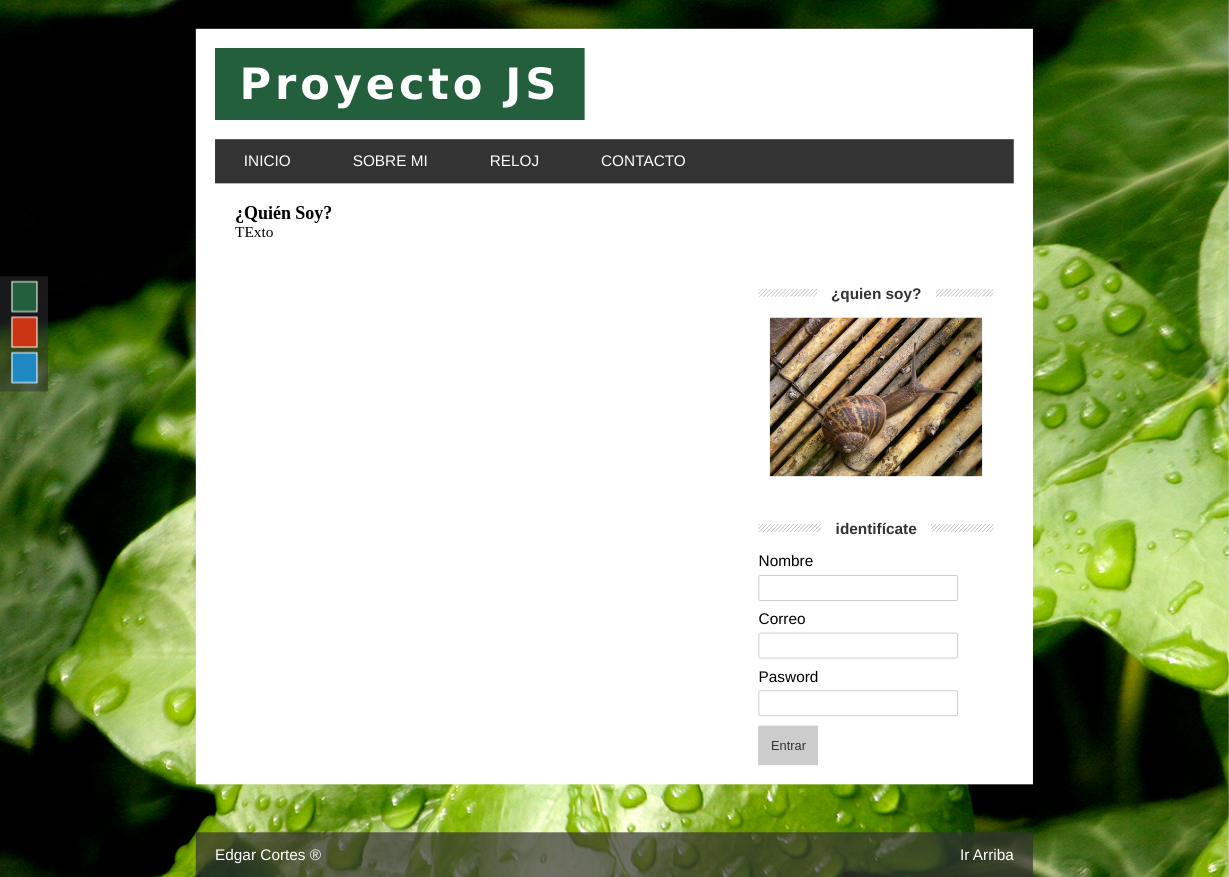
Repository: eucortes/demopage
Page: javascript/Proyecto/About.html
These files come from the project's save history. The page is drawn as it stood at one moment and after the next save; the edit follows.
The browser window is 1280 px wide. The pictures show the whole page, at 96% of full size.
Backgrounds fixed to the window are drawn as part of the page. Some web libraries are served in a nearby version.

Above is the page before, as saved 2019-09-24 18:00:48.

### javascript/Proyecto/About.html
<!DOCTYPE html>
<html lang="es">

<head>
    <meta charset="UTF-8">
    <meta name="viewport" content="width=device-width, initial-scale=1.0">
    <meta http-equiv="X-UA-Compatible" content="ie=edge">
    <!--
    <meta charset="ISO-8859-1">
         <meta http-equiv="Content-Type" content="text/html;charset=UTF-8" />
        <meta http-equiv="Content-Language" content="es" />
  -->
    <title>Proyecto con Javascript</title>
    <!--Estilos CSS-->
    <link rel="stylesheet" href="css/styles.css">
    <link id="theme" rel="stylesheet" href="css/green.css">
    <!--JQuery-->
    <script src="https://ajax.googleapis.com/ajax/libs/jquery/3.1.1/jquery.min.js"></script>

    <!--JQuery UI-->
    <link rel="stylesheet" href="js/jquery-ui/jquery-ui.min.css" />
    <link rel="stylesheet" href="js/jquery-ui/jquery-ui.structure.min.css" />
    <link rel="stylesheet" href="js/jquery-ui/jquery-ui.theme.min.css" />

    <script type="text/javascript" src="js/jquery-ui/jquery-ui.min.js"></script>




    <!--Mis Scripts-->
    <script type="text/javascript" src="js/about.js"></script>
</head>

<body>
    <div id='theme-selector'>
        <div id='to-green'></div>
        <div id='to-red'></div>
        <div id='to-blue'></div>
    </div>
    <section id='global'>
        <header>
            <div id='logo'>
                <h1>Proyecto JS</h1>
            </div>
            <div class='clearfix'></div>
            <nav id='menu'>
                <ul>
                    <li><a href="index.html">Inicio</a></li>
                    <li><a href="about.html">Sobre Mi</a></li>
                    <li><a href="#">Reloj</a></li>
                    <li><a href="#">Contacto</a></li>
                </ul>
            </nav>
        </header>
        <!--
    slider
-->

        <section id='content'>
            <div id='box'>
                <!--Cargar acordeon-->
                <div id='acordeon'>
                    <h3>¿Quién Soy?</h3>
                    <div>
                        <p>
                            TExto
                        </p>
                    </div>
                    <h3></h3>
                    <h3></h3>

                </div>
            </div>
            <aside id='sidebar'>
                <div id='about'>
                    <h4><span>¿quien soy?</span></h4>
                    <img src="img/caracol.jpg" />
                    <p>Aliquam sem et tortor consequat id porta nibh venenatis. Neque volutpat ac tincidunt vitae
                        semper
                    </p>
                </div>
                <div id='login'>
                    <h4><span>identifícate</span></h4>
                    <form action="">
                        <label for='name'>Nombre</label>
                        <input type="text" name="name" id='form_name'>
                        <label for='email'>Correo</label>
                        <input type="text" name="email" id='form_email'>
                        <label for='password'>Pasword</label>
                        <input type="password" name="password" id='form_password'>
                        <input type="submit" value="Entrar" id='boton_entrar'>
                    </form>
                </div>
            </aside>
            <div class='clearfix'></div>
        </section>
    </section>
    <footer>
        Edgar Cortes ®
        <a href="#" class="subir">Ir Arriba</a>
    </footer>
</body>

</html>

### javascript/Proyecto/css/styles.css
* {
    margin: 0px;
    padding: 0px;
    list-style: none;
}

body {
    background: url('../img/hojas.jpg');
    background-attachment: fixed;
}

#global {
    width: 65%;
    margin: 0px auto;
    margin-top: 30px;
    padding: 20px;
    background: white;
    box-shadow: 0px, 0px, 2px, gray
}

#logo {
    font-family: "Verdana", "Arial";
    font-size: 30px;
    letter-spacing: 4px;
    line-height: 75px;
    background: #235e3d;
    color: white;
    text-align: center;
    width: 385px;
    height: 90;
    float: left;
    margin-bottom: 20px;
}

.clearfix {
    float: none;
    clear: both;
}

#menu {
    font-family: Helvetica, Arial, sans-serif;
    background: #333;
    text-transform: uppercase;
    margin-bottom: 20px;
}

#menu ul {
    line-height: 46px;
    list-style: none;
}

#menu ul li {
    height: 46px;
    display: inline-block;
    transition: all 300ms;
}

#menu ul li:hover {
    background: #235e3d;

}

#menu a {
    display: block;
    color: white;
    text-decoration: none;
    padding-left: 30px;
    padding-right: 30px;
}

#content {
    width: 95%;
    margin: 0px auto;
}

#posts {
    width: 60%;
    float: left;
    font-family: Helvetica, Arial, sans-serif
}

.post {
    padding: 7px;
}

.post h2 {
    font-size: 30;
    color: #333;

}

.post .fecha {
    display: block;
    color: gray;
    margin-top: 5px;
}

.post p {
    margin-top: 10px;
    margin-bottom: 20px;
    line-height: 22px;
    text-align: justify;
}

.button-more {
    font-size: 14px;
    text-align: center;
    display: block;
    padding: 15px;
    background: #235e3d;
    color: white;
    text-decoration: none;
    margin-top: 10px;
    width: 75px;
    margin-bottom: 20px;

}

#sidebar {
    font-family: Helvetica, Arial, sans-serif;
    width: 31%;
    float: right;

}

#sidebar h4 {
    margin-top: 50px;
    margin-bottom: 20px;
    text-align: center;
    line-height: 10px;
    color: #333;
    background: url("../img/lines.png") repeat-x;
}

#sidebar h4 span {
    background: white;
    padding: 15px;
}

#sidebar img {
    width: 90%;
    display: block;
    margin-left: auto;
    margin-right: auto;
}

#sidebar p {
    font-size: 15px;
    text-align: justify;
}
form input[type='text'],
form input[type='password'],
form input[type='email']{
    padding: 5px;
    border-radius: 2px;
    border: 1px solid #ccc;
    width: 80%;
    margin-bottom: 10px;
    margin-top: 5px;
}
form input[type='submit']{
    background: #ccc;
    padding: 10px;
    border: solid #ccc;
    color: #333;
    cursor: pointer;
}
footer{
    font-family: Helvetica, Arial, sans-serif;
    color: white;
    height: 47px;
    background: rgba(51,51,51,0.70);
    margin: 0px auto;
    width: 65%;
    padding-left: 20px;
    padding-right: 20px;
    margin-top: 50px;
    line-height: 47px;
}
.bx-wrapper, .bx-viewport{
    height: 250px !important;

}
#theme-selector{
    position: fixed;
    top:40%;
    background: rgba(51,51,51,0.5);
    width:50px;
    height: 120px;
}
#to-green,
#to-red,
#to-blue{
    width: 25px;
    height: 30px;
    border: 1px solid white;
    display: block;
   margin: 0px auto;
   margin-top: 5px;
   margin-bottom: 5px;
   cursor: pointer;
}
#to-green{
    background: #235e3d;
}
#to-red{
    background: #ca3413;
}#to-blue{
    background: #1f87c4;
}
.subir{
    color: white;
    text-decoration: none;
    display: block;
    float: right;

}

### javascript/Proyecto/css/green.css
body {
    background: url('../img/hojas.jpg');
    background-attachment: fixed;
}

#logo {
    background: #235e3d;
}
#menu ul li:hover {
    background: #235e3d;
}

.button-more {
    background: #235e3d;
}

### javascript/Proyecto/js/about.js
$(document).ready(function () {

    //selector de tema
    let theme = $("#theme")

    $("#to-green").click(function () {
        theme.attr("href", "css/green.css")
    })
    $("#to-blue").click(function () {
        theme.attr("href", "css/blue.css")
    })
    $("#to-red").click(function () {
        theme.attr("href", "css/red.css")
    })

    //scroll arriba
    $(".subir").click(function (e) {
        e.preventDefault();
        $("html, body").animate({
            scrollTop: 0
        }, 500);
        return false;
    });

    //login false
    $("#login form").submit(function (e) {
        ///  $("boton_entrar").click(function(e){
        //     e.preventDefault()
        let form_name = $("#form_name").val();
        localStorage.setItem("form_name", form_name)
        //    console.log(form_name)

    })


    function actualizalogin() {
        let form_name = localStorage.getItem("form_name")
        if (form_name != null && form_name != undefined) {
            let about_parrafo = $("#about p")
            about_parrafo.html("<br><strong>Bienvenido " + form_name + "</strong><br>");
            about_parrafo.append("<a href='#' id='logout'>Cerrar Sesión</a>")
            $("#login").hide()
        } else {
            let about_parrafo = $("#about p")
            about_parrafo.html("");
            $("#login").show()

        }
    }
    actualizalogin()

    $("#logout").click(function (e) {
        e.preventDefault();
        localStorage.removeItem("form_name")
        //  location.reload
        actualizalogin()
        return false;
    })
})

Loaded but not shown: javascript/Proyecto/js/jquery-ui/jquery-ui.min.css (library); javascript/Proyecto/js/jquery-ui/jquery-ui.structure.min.css (library); javascript/Proyecto/js/jquery-ui/jquery-ui.theme.min.css (library); javascript/Proyecto/js/jquery-ui/jquery-ui.min.js (library)

After the next save:
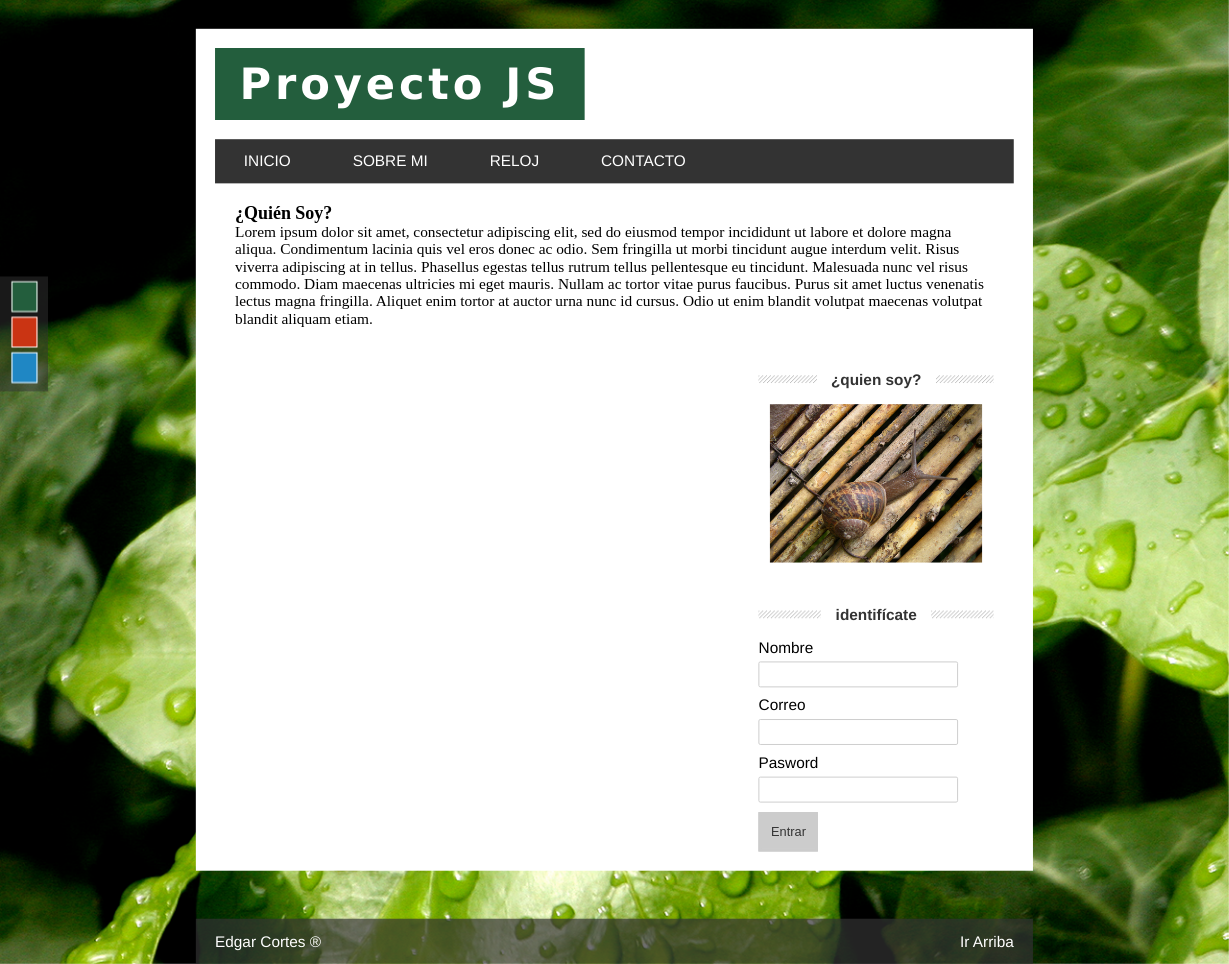
Saved 2 min 55 s later.
--- a/javascript/Proyecto/About.html
+++ b/javascript/Proyecto/About.html
@@ -63,7 +63,17 @@
                     <h3>¿Quién Soy?</h3>
                     <div>
                         <p>
-                            TExto
+                            Lorem ipsum dolor sit amet, consectetur adipiscing elit, sed do eiusmod tempor incididunt ut
+                            labore et dolore magna
+                            aliqua. Condimentum lacinia quis vel eros donec ac odio. Sem fringilla ut morbi tincidunt
+                            augue interdum velit. Risus
+                            viverra adipiscing at in tellus. Phasellus egestas tellus rutrum tellus pellentesque eu
+                            tincidunt. Malesuada nunc vel
+                            risus commodo. Diam maecenas ultricies mi eget mauris. Nullam ac tortor vitae purus
+                            faucibus. Purus sit amet luctus
+                            venenatis lectus magna fringilla. Aliquet enim tortor at auctor urna nunc id cursus. Odio ut
+                            enim blandit volutpat
+                            maecenas volutpat blandit aliquam etiam.
                         </p>
                     </div>
                     <h3></h3>
